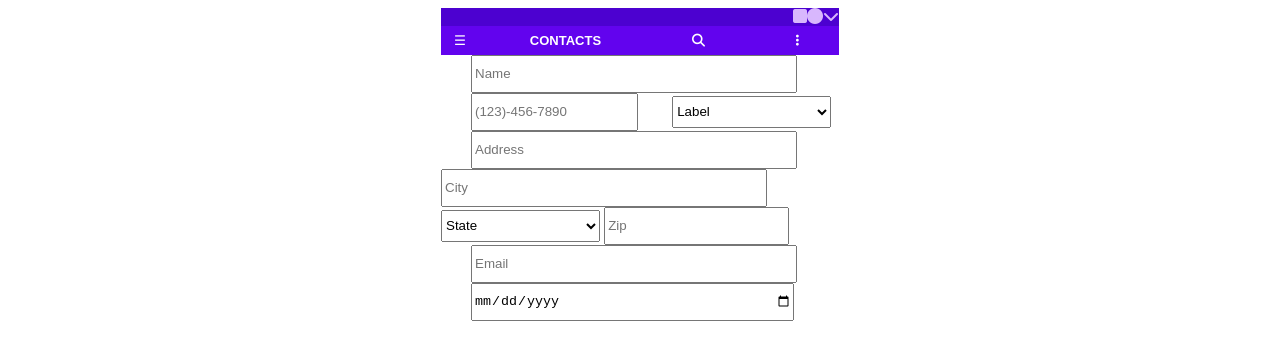
Repository: Sc-Juju/Mobile-Form
Page: index.html
An editor plug-in stored every save of this project. The page is shown before and after the next save, followed by the edit.
The browser window is 1280 px wide. The pictures show the whole page.
Some web libraries are served in a nearby version.

Above is the page before, as saved 2022-10-27 21:58:12.

After the next save:
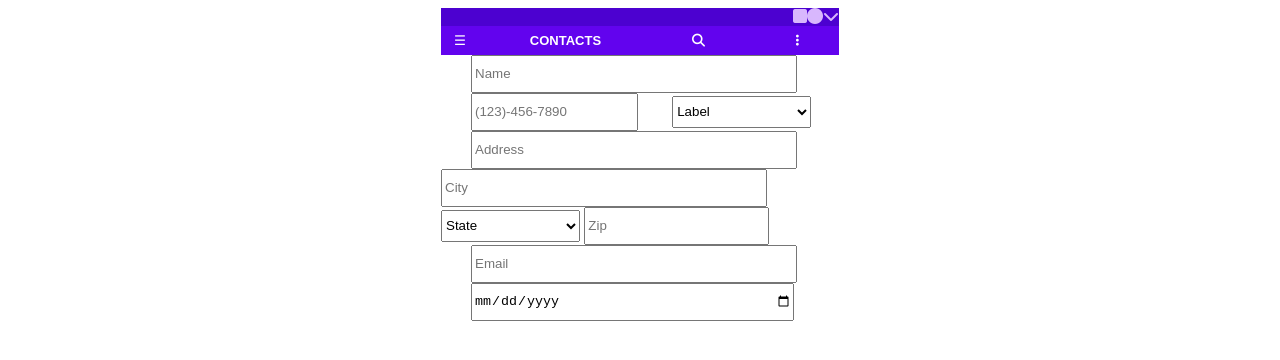
Saved 14 s later.
--- a/style.css
+++ b/style.css
@@ -83,7 +83,7 @@ input{
 }
 select{
     height:2rem;
-    width: 40%;
+    width: 35%;
 }
 label{
     padding-right: 20px;
